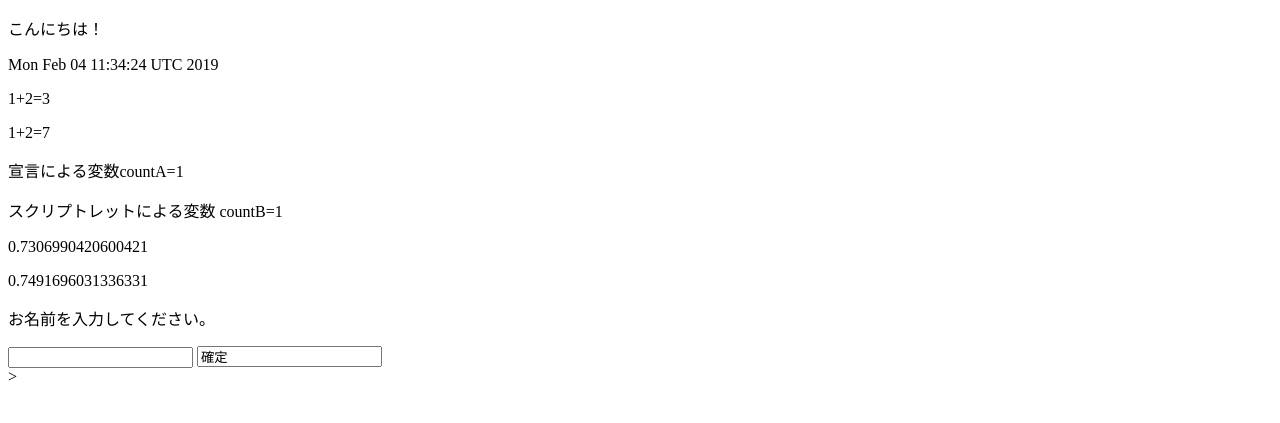
Repository: asian-sea/test
Page: http://localhost/HelloJSP/
An editor plug-in stored every save of this project. The page is shown before and after the next save, followed by the edit.
The browser window is 1280 px wide. The pictures show the whole page.
The page is served by Tomcat 9.

Above is the page before, as saved 2019-02-06 10:30:07.

### HelloJSP/WebContent/index.jsp
<%@ page language="java" contentType="text/html; charset=UTF-8"
    pageEncoding="UTF-8"%>
<!DOCTYPE html>
<html>
<head>
<meta charset="UTF-8">
<title>TEST</title>
</head>
<body>
<p>こんにちは！</p>
<% out.println(new java.util.Date()); %>

<%!
static int add(int a, int b){
	return a+b;
}
%>

<p>1+2=<%=add(1,2) %></p>
<p>1+2=<%=add(3,4) %>

<%! static int countA=0;%>
<%
int countB=0;
countA++;
countB++;
%>

<p>宣言による変数countA=<%=countA %></p>
<p>スクリプトレットによる変数 countB=<%=countB %></p>

<p><% out.println(Math.random()); %></p>
<p><%=Math.random() %></p>

<p>お名前を入力してください。</p>
<form method="post" action="greenting-out.jsp">
<input type="text" name="user">
<input type="sumit" value="確定">
</form>>
</body>
</html>

After the next save:
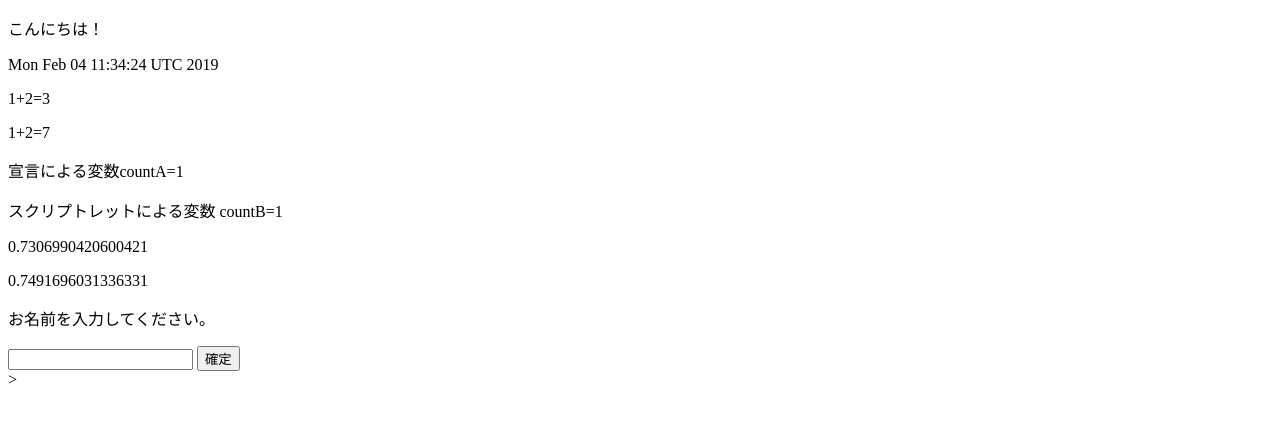
Saved 13 s later.
--- a/HelloJSP/WebContent/index.jsp
+++ b/HelloJSP/WebContent/index.jsp
@@ -35,7 +35,7 @@
 <p>お名前を入力してください。</p>
 <form method="post" action="greenting-out.jsp">
 <input type="text" name="user">
-<input type="sumit" value="確定">
+<input type="submit" value="確定">
 </form>>
 </body>
 </html>
